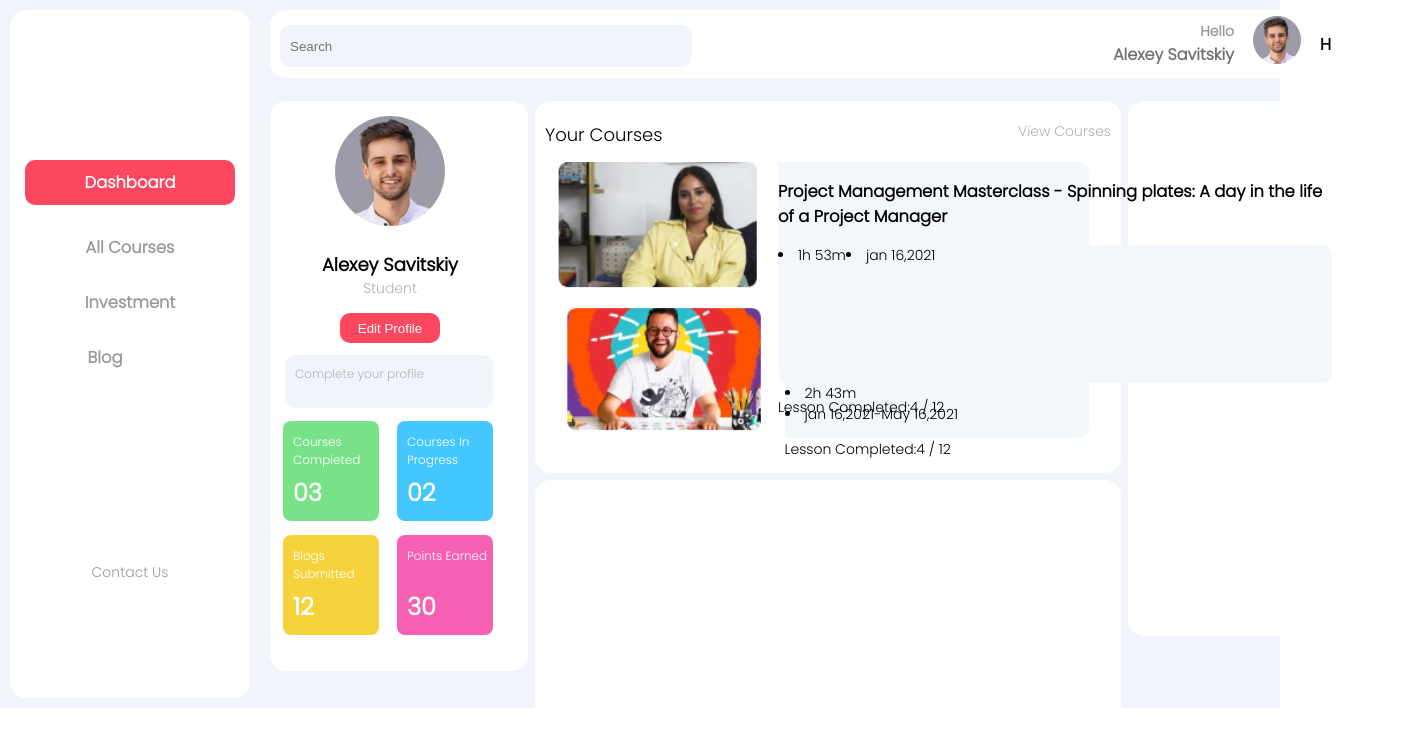
Repository: Anuruddha00/dashboard-design
Page: /
The author's editor kept a copy of each file at every save. The page is drawn from the files as they stood at one save, then again after the next save.
The browser window is 1280 px wide. The page is 1421 px wide, so the pictures cover 1421 px, including what lies to the right of the window. The pictures show the whole page.
The project was rebuilt for these pictures with package versions that can differ from the ones it lists, and the page was loaded fresh each time.

Above is the page before, as saved 2021-05-07 20:12:36.

After the next save:
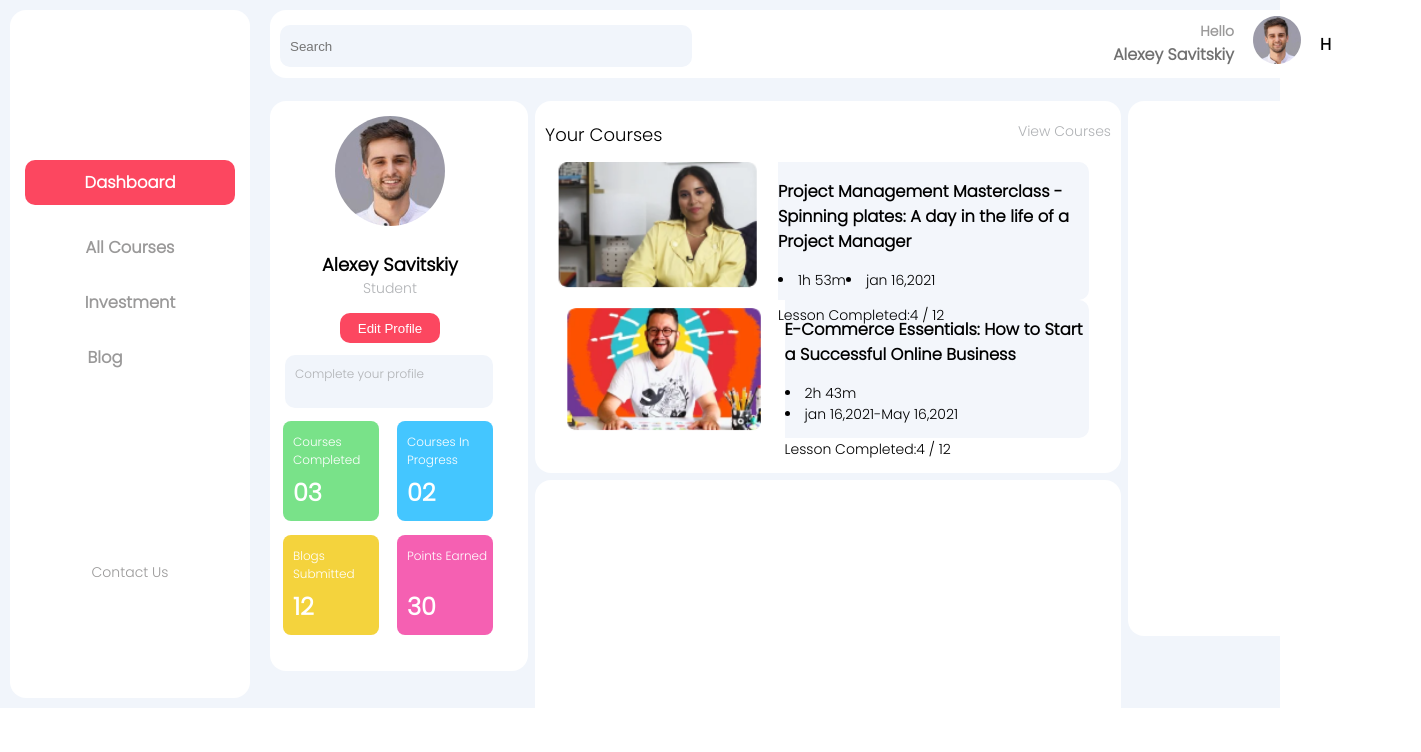
Saved 2 min 53 s later.
--- a/src/containers/Dashboard/Dashboard.js
+++ b/src/containers/Dashboard/Dashboard.js
@@ -79,7 +79,7 @@ const dashboard = () =>{
                                             <img src='./assets/Image 15.png'/>
                                             <div className='coursesListManagementDescription'>
                                                 <h3>Project Management Masterclass - Spinning plates: A day in the life of a Project Manager</h3>
-                                                <div className='coursesListManagement'>
+                                                <div className='coursesListManagementDuration'>
                                                     <li>1h 53m</li>
                                                     <li>jan 16,2021</li>
                                                 </div>
--- a/src/containers/Dashboard/Dashboard.scss
+++ b/src/containers/Dashboard/Dashboard.scss
@@ -293,6 +293,9 @@ body{
 
 
                                     }
+                                    &Duration{
+                                        display: flex;
+                                    }
                                 }
                                 &Business{
                                     background: #f3f6fb;
